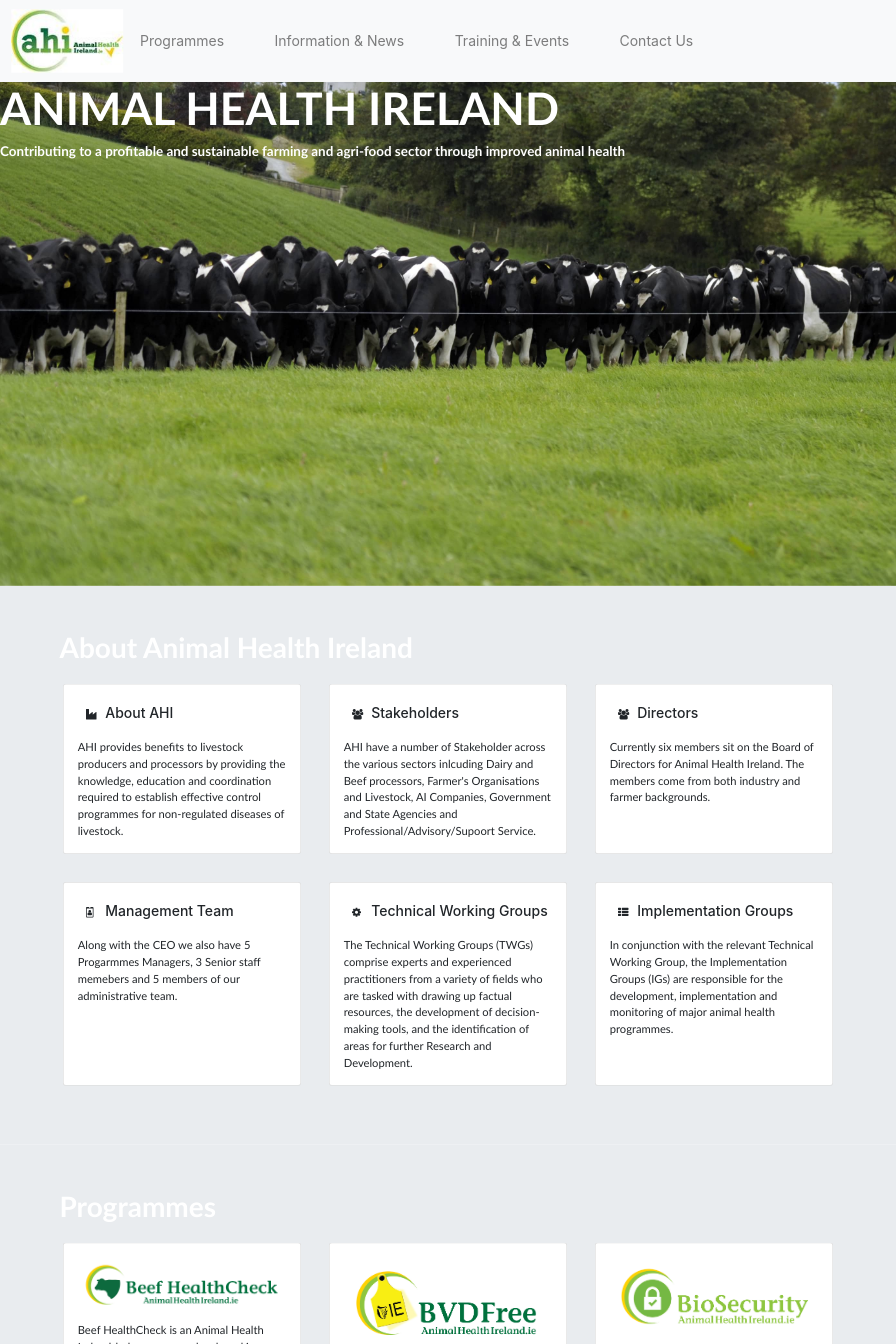
Repository: lisaannbyrne1/MilestoneProject1
Page: index.html
The author's editor kept a record of every edit. The page is drawn from the files as they stood at one moment, then again after the next edit.
The browser window is 1280 px wide. The pictures show the part of the page from y = 0 to 1920 px (the page is 4052 px tall), at 70% of full size.
Backgrounds fixed to the window are drawn as part of the page.

Above is the page before.

### index.html
<!DOCTYPE html>
<html lang="en">

<head>
  <meta charset="UTF-8">
  <meta name="viewport" content="width=device-width, initial-scale=1.0">
  <meta http-equiv="X-UA-Compatible" content="ie=edge">
  <link rel="stylesheet" href="https://stackpath.bootstrapcdn.com/bootstrap/4.3.1/css/bootstrap.min.css" integrity="sha384-ggOyR0iXCbMQv3Xipma34MD+dH/1fQ784/j6cY/iJTQUOhcWr7x9JvoRxT2MZw1T" crossorigin="anonymous">
  <link rel="stylesheet" href="https://cdnjs.cloudflare.com/ajax/libs/font-awesome/4.7.0/css/font-awesome.min.css">
  <link rel="stylesheet" href="./assets/css/style.css" type="text/css" />
  <title>Animal Health Ireland</title>
</head>

<body>


  <!--Navigation Bar-->

  <nav class="navbar navbar-expand-lg navbar-light bg-light">
    <a class="navbar-brand" href="#">
    <img src="assets/images/ahi-min.jpg" alt="AHI">
  </a>
    <button class="navbar-toggler" type="button" data-toggle="collapse" data-target="#navbarNav" aria-controls="navbarNav" aria-expanded="false" aria-label="Toggle navigation">
    <span class="navbar-toggler-icon"></span>
  </button>
    <div class="collapse navbar-collapse" id="navbarNav">
      <ul class="navbar-nav">
        <li class="nav-item">
          <a class="nav-link" href="#programmes">Programmes</a>
        </li>
        <li class="nav-item">
          <a class="nav-link" href="#news">Information & News</a>
        </li>
        <li class="nav-item">
          <a class="nav-link" href="#training">Training & Events</a>
        </li>
        <li class="nav-item">
          <a class="nav-link" href="#footer-details">Contact Us</a>
        </li>
      </ul>
    </div>
  </nav>


  <!--Landing-->

  <header>
    <div class="header" id="home">
      <h1 class="headtext">ANIMAL HEALTH IRELAND</h1>
      <p class="subtext">Contributing to a profitable and sustainable farming and agri-food sector through improved animal health</p>
    </div>
  </header>

  <!--About-->

  <div class="jumbotron jumbotron-fluid" id="about">
    <section id="about-ahi">
      <div class="container" id="container-about">
        <h1 class="section-title"> About Animal Health Ireland</h1>
        <div class="row">
          <div class="col-md-4 ahi-cards">
            <div class="card">
              <div class="card-body">
                <h5 class="card-title"><i class="fa fa-industry"></i> About AHI</h5>
                <p class="card-text"> AHI provides benefits to livestock producers and processors by providing the knowledge, education and coordination required to establish effective control programmes for non-regulated diseases of livestock.</p>
              </div>
            </div>
          </div>
          <div class="col-md-4 ahi-cards">
            <div class="card">
              <div class="card-body">
                <h5 class="card-title"><i class="fa fa-users"></i> Stakeholders</h5>
                <p class="card-text">AHI have a number of Stakeholder across the various sectors inlcuding Dairy and Beef processors, Farmer's Organisations and Livestock, AI Companies, Government and State Agencies and Professional/Advisory/Supoort Service.</p>
              </div>
            </div>
          </div>
          <div class="col-md-4 ahi-cards">
            <div class="card">
              <div class="card-body">
                <h5 class="card-title"><i class="fa fa-users" aria-hidden="true"></i> Directors</h5>
                <p class="card-text">Currently six members sit on the Board of Directors for Animal Health Ireland. The members come from both industry and farmer backgrounds.</p>
              </div>
            </div>
          </div>
        </div>
        <div class="row">
          <div class="col-md-4 ahi-cards">
            <div class="card">
              <div class="card-body">
                <h5 class="card-title"><i class="fa fa-id-badge"></i> Management Team</h5>
                <p class="card-text">Along with the CEO we also have 5 Progarmmes Managers, 3 Senior staff memebers and 5 members of our administrative team. </p>
              </div>
            </div>
          </div>
          <div class="col-md-4 ahi-cards">
            <div class="card">
              <div class="card-body">
                <h5 class="card-title"><i class="fa fa-cog"></i> Technical Working Groups</h5>
                <p class="card-text">The Technical Working Groups (TWGs) comprise experts and experienced practitioners from a variety of fields who are tasked with drawing up factual resources, the development of decision-making tools, and the identification of areas for
                  further Research and Development.</p>
              </div>
            </div>
          </div>
          <div class="col-md-4 ahi-cards">
            <div class="card">
              <div class="card-body">
                <h5 class="card-title"> <i class="fa fa-th-list"></i> Implementation Groups</h5>
                <p class="card-text">In conjunction with the relevant Technical Working Group, the Implementation Groups (IGs) are responsible for the development, implementation and monitoring of major animal health programmes.</p>
              </div>
            </div>
          </div>
        </div>
      </div>
  </div>

  </section>

  <!--Programmes-->

  <div class="jumbotron jumbotron-fluid" id="programmes">
    <section id="prog">
      <div class="container" id="container-prog">
        <h1 class="section-title">Programmes</h1>

        <div class="row">
          <div class="col-md-4 ahi-cards">
            <div class="card">
              <div class="card-body">
                <img src="assets/images/bhc.jpg" class="card-img-top" alt="Beef HealthCheck">
                <h5 class="card-title"> </h5>
                <p class="card-text">Beef HealthCheck is an Animal Health Ireland-led programme developed in collaboration with Meat Industry Ireland.</p>
              </div>
            </div>
          </div>

          <div class="col-md-4 ahi-cards">
            <div class="card">
              <div class="card-body">
                <img src="assets/images/bvd.jpg" class="card-img-top" alt="BVDFree">
                <h5 class="card-title"> </h5>
                <p class="card-text">National Eradication Programme.</p>
              </div>
            </div>
          </div>

          <div class="col-md-4 ahi-cards">
            <div class="card">
              <div class="card-body">
                <img src="assets/images/bs.jpg" class="card-img-top" alt="BioSecurity">
                <h5 class="card-title"> </h5>
                <p class="card-text">Biosecurity encompasses both bioexclusion (keeping infectious diseases out of holdings) and biocontainment (reducing infectious disease threats within the farm).</p>
              </div>
            </div>
          </div>
        </div>

        <div class="row">
          <div class="col-md-4 ahi-cards">
            <div class="card">
              <div class="card-body">
                <img src="assets/images/cc.jpg" class="card-img-top" alt="CalfCare">
                <h5 class="card-title"></h5>
                <p class="card-text"> </p>
                <p class="card-text">AHI have a number of Stakeholder across the various sectors inlcuding Dairy and Beef processors, Farmer's Organisations and Livestock, AI Companies, Government and State Agencies and Professional/Advisory/Supoort Service.</p>
              </div>
            </div>
          </div>

          <div class="col-md-4 ahi-cards">
            <div class="card">
              <div class="card-body">
                <img src="assets/images/cck.jpg" class="card-img-top" alt="CellCheck">
                <h5 class="card-title"> </h5>
                <p class="card-text">CellCheck is the national mastitis control programme, coordinated and facilitated by Animal Health Ireland.</p>
              </div>
            </div>
          </div>

          <div class="col-md-4 ahi-cards">
            <div class="card">
              <div class="card-body">
                <img src="assets/images/ibr.jpg" class="card-img-top" alt="IBRFree">
                <h5 class="card-title"> </h5>
                <p class="card-text">The initials ‘IBR’ stand for ‘Infectious Bovine Rhinotracheitis’ indicating that the disease spreads between cattle (Infectious Bovine) and usually causes the nose (Rhino-) and upper airways (-trache-) to become inflamed (-it is).</p>
              </div>
            </div>
          </div>
        </div>

        <div class="row">
          <div class="col-md-4 ahi-cards">
            <div class="card">
              <div class="card-body">
                <img src="assets/images/jd.jpg" class="card-img-top" alt="Johnes Disease">
                <h5 class="card-title"> </h5>
                <p class="card-text">The Irish Johne’s Control Programme (IJCP) represents a significant step for the Irish cattle industries in developing a long-term approach to the control of Johne’s disease.</p>
              </div>
            </div>
          </div>

          <div class="col-md-4 ahi-cards">
            <div class="card">
              <div class="card-body">
                <img src="assets/images/pc.jpg" class="card-img-top" alt="Parasite Control">
                <h5 class="card-title"> </h5>
                <p class="card-text">Effective and timely parasite control on farm has significant impacts on animal health, farm productivity and the processing industry.</p>
              </div>
            </div>
          </div>

          <div class="col-md-4 ahi-cards">
            <div class="card">
              <div class="card-body">
                <img src="assets/images/phc.jpg" class="card-img-top" alt="Pig Heath Check">
                <h5 class="card-title"> </h5>
                <p class="card-text">Targeted Advisory Service on Animal Health in Pig Health</p>
              </div>
            </div>
          </div>
        </div>

      </div>
  </div>
  </section>


  <!--Information & News-->

  <div class="jumbotron jumbotron-fluid" id="news">
    <section id="info">
      <div class="container" id="container-training">
        <h1 class="section-title">Information & News</h1>
        <div class="row">
          <div class="col-md-4 ahi-cards">
            <div class="card">
              <div class="card-body">
                <h5 class="card-title"><i class="fa fa-newspaper-o" aria-hidden="true"></i> Newsletters & Bulletins</h5>
                <p class="card-text">Sign up here to receive AHI Newsletters and Bulletins.</p>
                <a href="https://portal.animalhealthireland.ie/NewsletterSignUp/" target="_blank" class="btn btn-outline-secondary">Sign Up</a>
              </div>
            </div>
          </div>

          <div class="col-md-4 ahi-cards">
            <div class="card">
              <div class="card-body">
                <h5 class="card-title"><i class="fa fa-book" aria-hidden="true"></i>Published Guides</h5>
                <p class="card-text">AHI has created a series of helpful information publications which are available to download as a PDF.</p>
                <a href="https://portal.animalhealthireland.ie/NewsletterSignUp/" target="_blank" class="btn btn-outline-secondary">Sign Up</a>
              </div>
            </div>
          </div>
          <div class="col-md-4 ahi-cards">
            <div class="card">
              <div class="card-body">
                <h5 class="card-title"><i class="fa fa-briefcase" aria-hidden="true"></i> Careers</h5>
                <p class="card-text">Please check back again for vacancies with Animal Health Ireland.</p>
              </div>
            </div>
          </div>
        </div>
      </div>
  </div>
  </section>

  <!--Training & Events-->

  <div class="jumbotron jumbotron-fluid" id="training">
    <section id="train-events">
      <div class="container" id="container-training">
        <h1 class="section-title">Training & Events</h1>
        <div class="row">
          <div class="col-md-4 ahi-cards">
            <div class="card">
              <div class="card-body">
                <h5 class="card-title"><i class="fa fa-graduation-cap" aria-hidden="true"></i>Veterinary Training</h5>
                <p class="card-text">As part of the Rural Development Plan 2014-2020, DAFM, in conjunction with the EU, are funding a Targeted Advisory Service on Animal Health (TASAH) for farmers, delivered by trained veterinary practitioners.</p>
              </div>
            </div>
          </div>

          <div class="col-md-4 ahi-cards">
            <div class="card">
              <div class="card-body">
                <h5 class="card-title"><i class="fa fa-check-square-o" aria-hidden="true"></i>Training Experience of Interest</h5>
                <p class="card-text">Register your interest in taking part in future training relating to AHI Programmes.</p>
                <a href="https://portal.animalhealthireland.ie/traineoi/" target="_blank" class="btn btn-outline-secondary">Expression of Interest</a>
              </div>
            </div>
          </div>
          <div class="col-md-4 ahi-cards">
            <div class="card">
              <div class="card-body">
                <h5 class="card-title"><i class="fa fa-calendar" aria-hidden="true"></i>Events</h5>
                <p class="card-text">Please check back for up and coming on farm and training events that will be taking place.</p>
              </div>
            </div>
          </div>
        </div>
      </div>
  </div>
  </section>


  <!--Footer-->
  <footer class="container-fluid">
    <div id="footer-details" class="row">
      <div class="col-sm-4">
        <img src="assets/images/ahi.jpg" class="card-img-top" alt="AHILogo" id="footerlogo">
        <h5 class="uppercase general-sub"></h5>
      </div>

      <div class="col-sm-4" id="contacts">
        <h5 class="uppercase general-sub">Contact Us</h5>
        <i class="fa fa-phone" aria-hidden="true"></i> +353 (0) 71 9671928<br>
        <i class="fa fa-envelope" aria-hidden="true"></i> admin@animalhealthireland.ie<br>
        <i class="fa fa-map-marker" aria-hidden="true"></i> 4-5 The Archways, Carrick-on-Shannon, Co. Leitrim N41 WN2<br>
        <div class="footer-social-icons">
          <h5 class="uppercase general-sub">Follow Us On</h5>
          <a href="https://www.facebook.com/Animal.Health.Ireland/" target="_blank" class="fa fa-facebook"></a>
          <a href="https://twitter.com/animalhealthire?lang=en" target="_blank" class="fa fa-twitter"></a>
          <a href="https://www.youtube.com/channel/UCriAefzKXK5CNfb0e8MikMA" target="_blank" class="fa fa-youtube"></a>
          <a href="https://ie.linkedin.com/company/animal-health-ireland" target="_blank" class="fa fa-linkedin"></a>
        </div>
      </div>

      <div class="col-sm-4" id="signup">
        <h5 class="uppercase general-sub">Sign Up with Us</h5>
        <p class="inline-block">
          <a href="https://portal.animalhealthireland.ie/NewsletterSignUp/" target="_blank" class="btn btn-secondary">Newsletters & Bulletins</a>
          <a href="https://portal.animalhealthireland.ie/traineoi/" target="_blank" class="btn btn-secondary">Expression of Interest</a>
        </p>
        </ul>
      </div>

    </div>
  </footer>

  <script src="https://code.jquery.com/jquery-3.3.1.slim.min.js" integrity="sha384-q8i/X+965DzO0rT7abK41JStQIAqVgRVzpbzo5smXKp4YfRvH+8abtTE1Pi6jizo" crossorigin="anonymous"></script>
  <script src="https://cdnjs.cloudflare.com/ajax/libs/popper.js/1.14.7/umd/popper.min.js" integrity="sha384-UO2eT0CpHqdSJQ6hJty5KVphtPhzWj9WO1clHTMGa3JDZwrnQq4sF86dIHNDz0W1" crossorigin="anonymous"></script>
  <script src="https://stackpath.bootstrapcdn.com/bootstrap/4.3.1/js/bootstrap.min.js" integrity="sha384-JjSmVgyd0p3pXB1rRibZUAYoIIy6OrQ6VrjIEaFf/nJGzIxFDsf4x0xIM+B07jRM" crossorigin="anonymous"></script>

</body>

</html>

### assets/css/style.css
/*--Fonts--*/

.section-title {
    font-family: Calibri, Helvetica, sans-serif;
    color: #fff;
    font-weight: bold;
    text-align: left;
}

p, h3 {
    font-family: Calibri, Helvetica, sans-serif;
    color: rgba(0 0 0 .5);
}

/*--Landing fonts/images--*/

body {
    margin: 0;
}


.headtext {
    color: #fff;
    font-family: Calibri, Helvetica, sans-serif;
    font-size: 4rem;
    text-align: left;

    font-weight: 900;

}

.subtext {
    color: #fff;
    font-family: Calibri, Helvetica, sans-serif;
    font-size: 1.2rem;
    text-align: left;

    font-weight: 900;

}

#logo {
    padding-top: 30px;
    width: 255px;
    height: 150px;
    margin-right: 20px;

}

/*--Sections--*/

header {
    background-attachment: fixed;
    background-image: url("../images/landing-min.jpg");
    background-position: bottom;
    background-size: cover;
    text-align: center;
    margin-bottom: 0px;
    height: 100vh;
    width: 100%;
    z-index: 1;

}


/*--Navigation--*/

.navbar {
    background-color: #fff;
    position: -webkit-sticky;
    position: sticky;
    width: 100%;
    z-index: 1000000;
    top: 0;
}

.navbar-expand-lg .navbar-nav .nav-link {
    padding left: 4rem;
    padding-right: 4rem;
    font-size: 20px;

}

/*--Sections--*/

#about {
    background-attachment: fixed;
  /*  background-image: url("../../assets/images/about.JPG"); */
    background-position: bottom;
    background-size: cover;
    margin-bottom: 0px;
    z-index: 1;
}

#programmes {
    background-attachment: fixed;
   /*  background-image: url("../../assets/images/programmes.jpg"); */
    background-position: bottom;
    background-size: cover;
    margin-bottom: 0px;
    z-index: 1;
}

#news {
    background-attachment: fixed;
   /*  background-image: url("../../assets//images/news.JPG"); */
    background-position: bottom;
    background-size: cover;
    margin-bottom: 0px;
    z-index: 1;
}

#training {
    background-attachment: fixed;
  /*  background-image: url("../../assets/images/train.jpg"); */
    background-position: bottom;
    background-size: cover;
    margin-bottom: 0px;
    z-index: 1;
}


/*--Cards--*/

.ahi-cards {
    display: grid;
    grid-template-rows: none|auto|max-content|min-content|length|initial|inherit;
    padding: 20px 20px 20px 20px;
}

.card-body {
    flex: 1 1 auto;
    padding: 1.25rem;

}


/*--Transitions--*/

.card {
    transform: translateZ(0px);
    transition-duration: .3s;
    transition-property: transform;
}

.card:hover {
    transform: scale(1.1);
}


/*--Footer--*/

.container-fluid {
    padding-top: 20px;
    background-color: #f8f9fa;
    width: 100%;
}

#footerlogo {
    display: block;
    width: 50%;
    height: auto;
    margin-top: 20px;
    margin-left: 60px;
}

.btn-secondary {
    display: block;
    width: 50%;
    margin-top: 20px;
    margin-bottom: 20px;
    margin-left: 50px;

    }


a {
    text-decoration: none;
    color: #000;
    color: rgba(0, 0, 0, .5);
}

.button {
    background-color: #4CAF50;
    border: none;
    color: white;
    padding: 15px 32px;
    text-align: center;
    text-decoration: none;
    display: inline-block;
    font-size: 16px;
    margin: 4px 2px;
    cursor: pointer;
}

a.button {
text-decoration: none;
}

/*--Footer Socials--*/

.fa {
    padding: 10px;
    font-size: 15px;
    width: 30px;
    text-align: center;
    text-decoration: none;
    margin: 5px 2px;
    border-radius: 50%;
}

.fa:hover {
    opacity: 0.7;
}

.fa-facebook {
    background: #3B5998;
    color: white;
}

.fa-twitter {
    background: #55ACEE;
    color: white;
}

.fa-youtube {
    background: #bb0000;
    color: white;
}

.fa-linkedin {
    background: #007bb5;
    color: white;
}



/*--Media Queries--*/

@media only screen and (max-width: 600px) {
  body {
    background-color: lightblue;
  }
}

After the next edit:
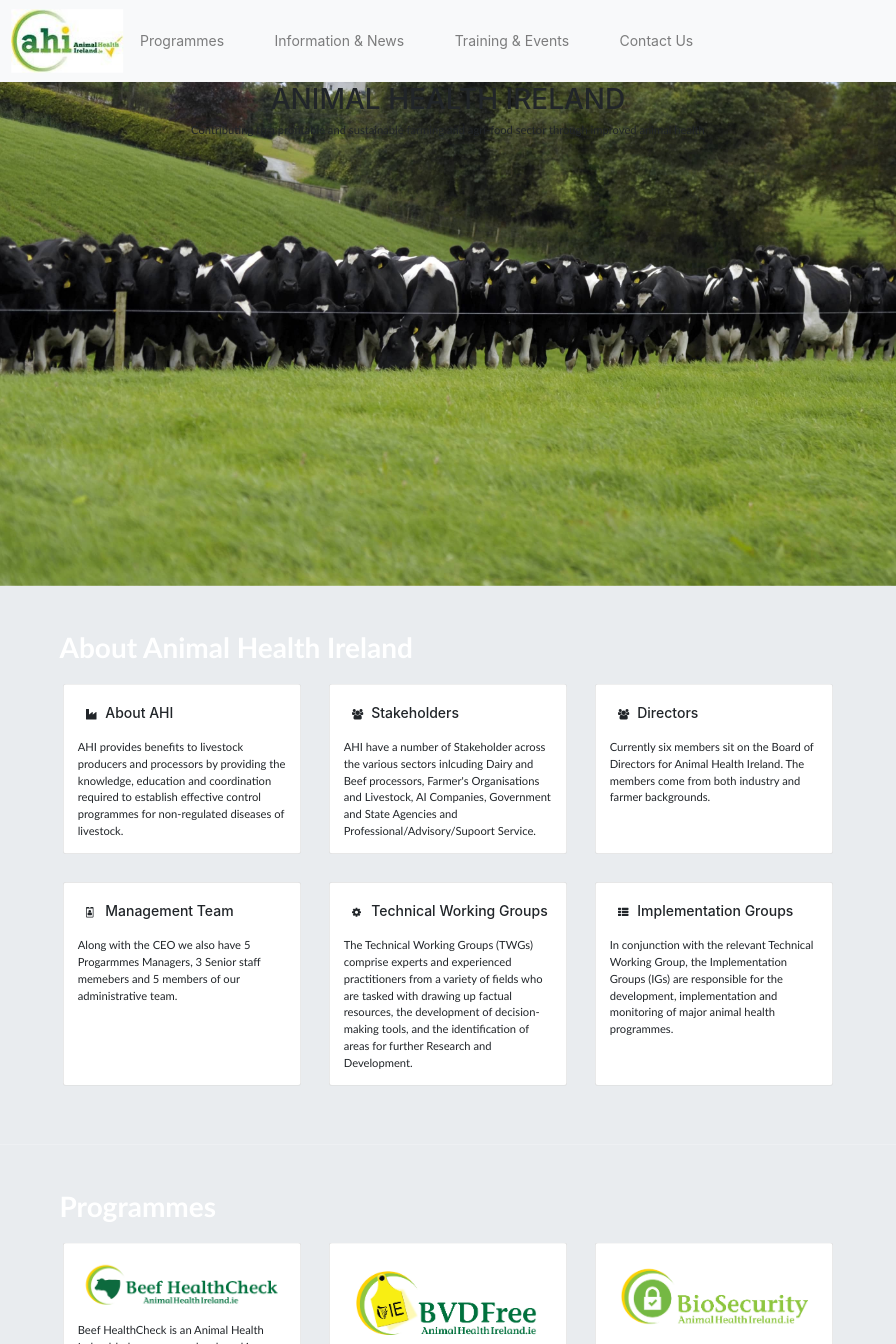
The edit:
--- a/assets/css/style.css
+++ b/assets/css/style.css
@@ -12,7 +12,7 @@
     color: rgba(0 0 0 .5);
 }
 
-/*--Landing fonts/images--*/
+/*--Landing fonts/images--
 
 body {
     margin: 0;

After the edit that followed:
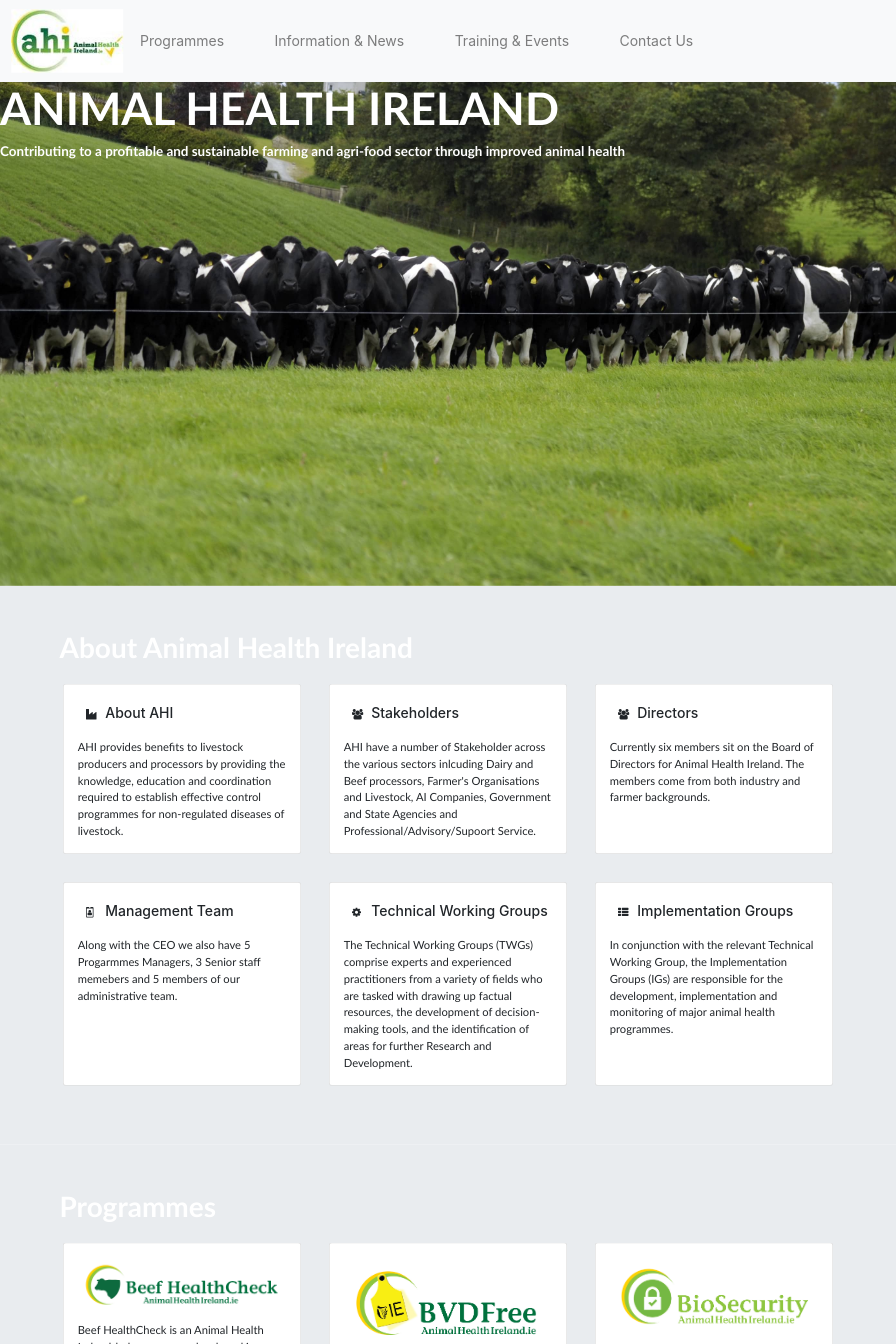
The edit:
--- a/assets/css/style.css
+++ b/assets/css/style.css
@@ -12,7 +12,7 @@
     color: rgba(0 0 0 .5);
 }
 
-/*--Landing fonts/images--
+/*--Landing fonts/images--*/
 
 body {
     margin: 0;
